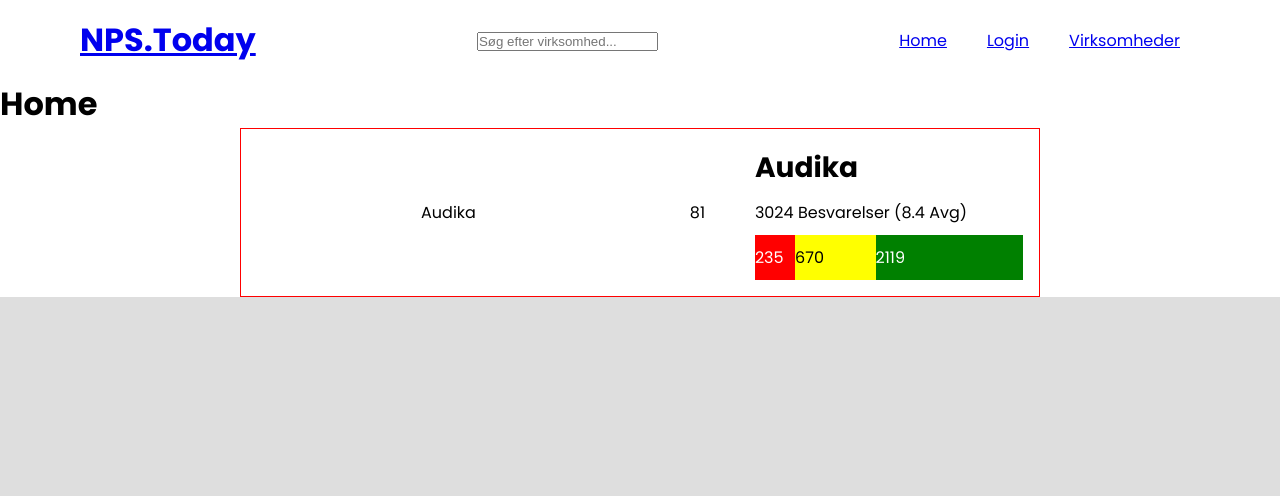
Repository: Shaydx/reviews
Page: /
An editor plug-in stored every save of this project. The page is shown before and after the next save, followed by the edit.
The browser window is 1280 px wide. The pictures show the whole page.
The project was rebuilt for these pictures with package versions that can differ from the ones it lists, and the page was loaded fresh each time.

Above is the page before, as saved 2020-10-13 16:38:04.

After the next save:
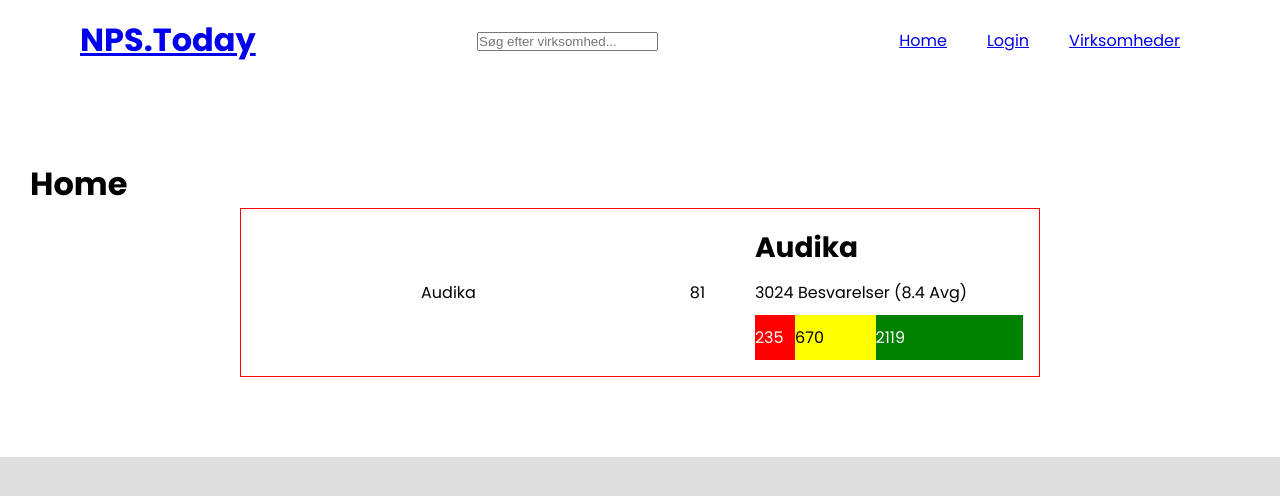
Saved 11 s later.
--- a/src/assets/base/_global.scss
+++ b/src/assets/base/_global.scss
@@ -1,3 +1,4 @@
 .content-wrapper {
   background: $white;
+  padding: 80px 30px;
 }
